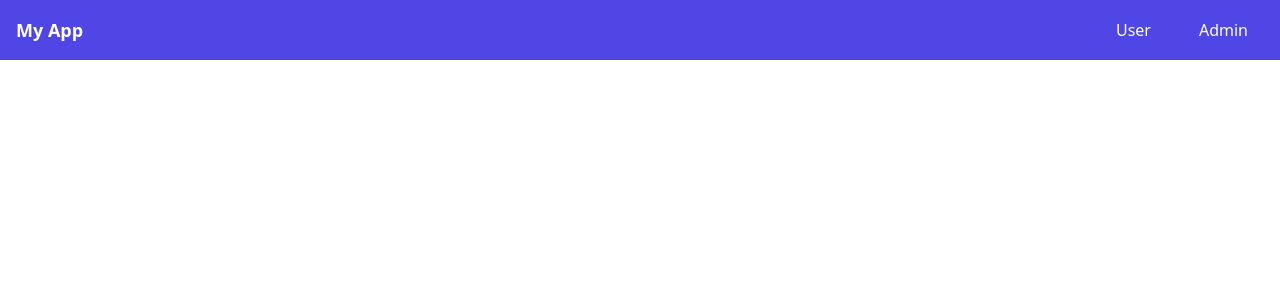
Repository: HackRx50/PS6-3k1P
Page: /analytics (app in frontend/)
An editor plug-in stored every save of this project. The page is shown before and after the next save, followed by the edit.
The browser window is 1280 px wide. The pictures show the whole page.
The page's requests for data from a server got no answer. The project was rebuilt for these pictures with package versions that can differ from the ones it lists, and the page was loaded fresh each time. No one was signed in, and anything a server would have sent is missing. Also part of the build but not shown: frontend/vite.config.js, frontend/src/pages/User.jsx, frontend/src/pages/Admin.jsx, frontend/src/App.jsx, frontend/src/pages/Quiz.jsx.

Above is the page before, as saved 2024-09-19 23:52:49.

After the next save:
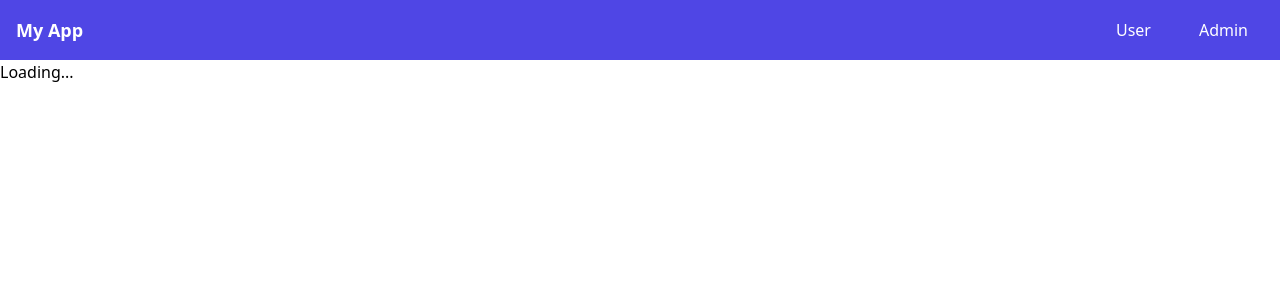
Saved 42 s later.
--- a/frontend/src/pages/Analytics.jsx
+++ b/frontend/src/pages/Analytics.jsx
@@ -1,17 +1,30 @@
-import React, { useEffect } from 'react'
+import React, { useEffect, useState } from 'react'
 import Navbar from '../components/navbar'
 
 const Analytics = () => {
+  const [data, setData] = useState(null); // State to store fetched data
+
   useEffect(() => {
     fetch('http://127.0.0.1:8000/get_all_data')
       .then(response => response.json())
-      .then(data => console.log(data))
+      .then(data => {
+        console.log(data);
+        setData(data); // Store data in state
+      })
       .catch(error => console.error('Error fetching data:', error));
   }, []);
 
   return (
     <div>
         <Navbar/>
+        {data ? (
+          <div>
+            {/* Render UI based on data */}
+            <pre>{JSON.stringify(data, null, 2)}</pre>
+          </div>
+        ) : (
+          <p>Loading...</p>
+        )}
     </div>
   )
 }
